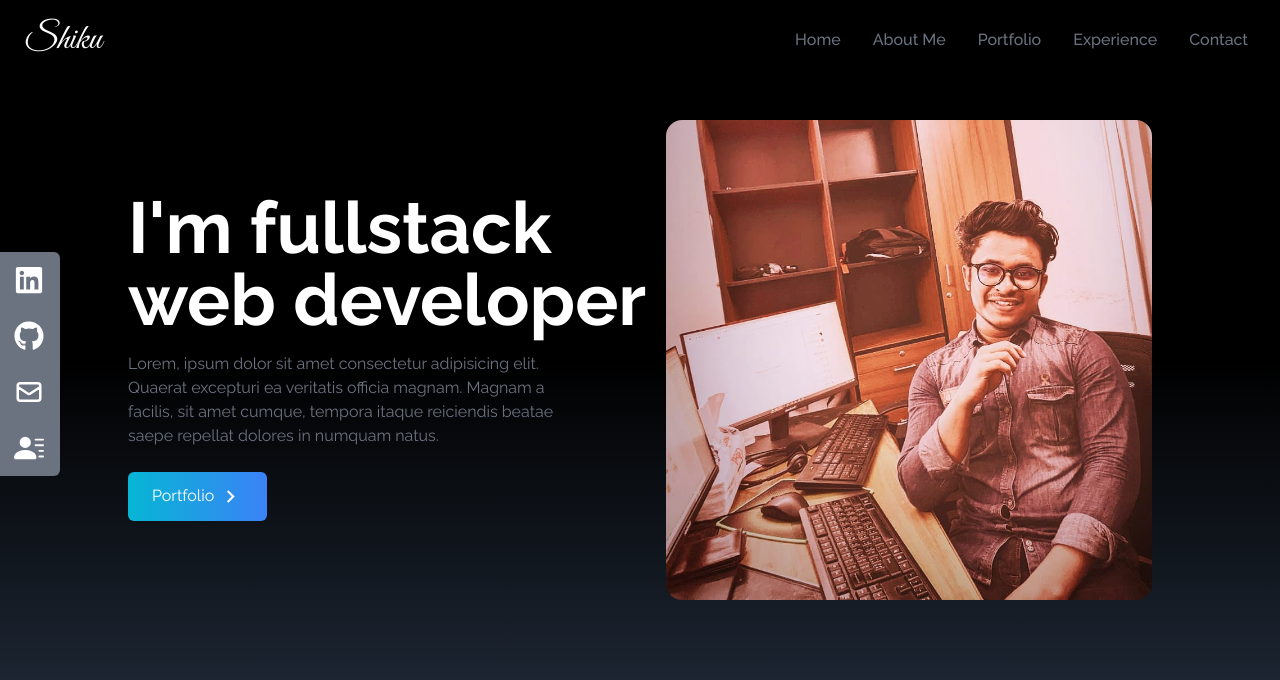
Repository: shikubro90/portfolio2
Page: /
An editor plug-in stored every save of this project. The page is shown before and after the next save, followed by the edit.
The browser window is 1280 px wide. The pictures show the whole page.
The project was rebuilt for these pictures with package versions that can differ from the ones it lists, and the page was loaded fresh each time. Imported but missing from the stored project, and not drawn on this page: src/assets/CV.pdf.

Above is the page before, as saved 2022-08-23 11:25:25.

After the next save:
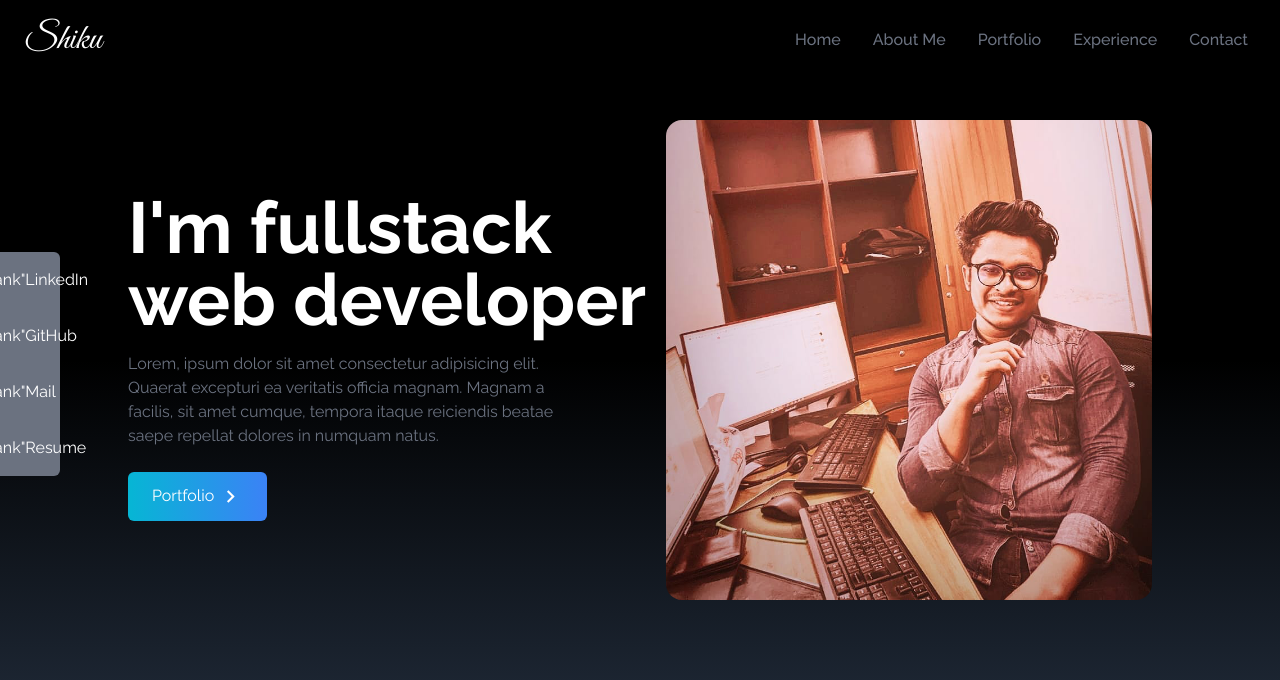
Saved 7 s later.
--- a/src/components/SocialMedia.jsx
+++ b/src/components/SocialMedia.jsx
@@ -55,8 +55,8 @@
                 return(
                     <li key={id} className={'flex justify-between items-center ml-[-100px] hover:ml-[-10px] duration-300 hover:rounded-md w-40 bg-gray-500 cursor-pointer h-14'+" "+style}>
                         <a href={href}
-                        target="_blank"
                         className='flex justify-between items-center w-full px-4'>
+                            target="_blank"
                             {child}
                         </a>
                     </li>

After the 2 saves that followed:
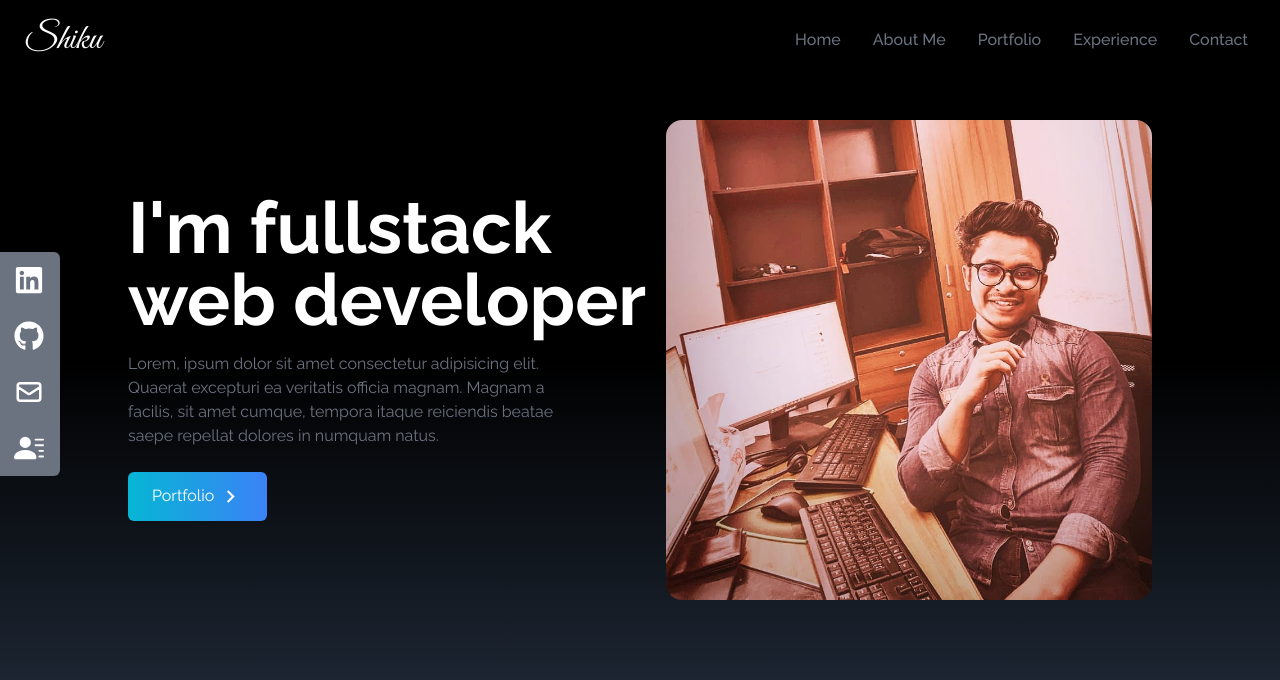
The 2 saves are shown as one change because 1 left the picture as it was.
The last was saved 15 s later.
--- a/src/components/SocialMedia.jsx
+++ b/src/components/SocialMedia.jsx
@@ -55,8 +55,8 @@
                 return(
                     <li key={id} className={'flex justify-between items-center ml-[-100px] hover:ml-[-10px] duration-300 hover:rounded-md w-40 bg-gray-500 cursor-pointer h-14'+" "+style}>
                         <a href={href}
-                        className='flex justify-between items-center w-full px-4'>
-                            target="_blank"
+                            className='flex justify-between items-center w-full px-4'>
+
                             {child}
                         </a>
                     </li>
